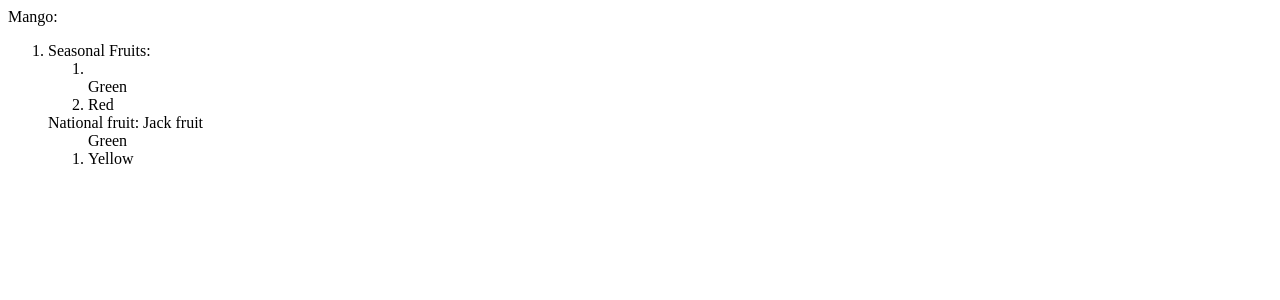
Repository: azemon444/jobpotal
Page: ict.html
The author's editor kept a copy of each file at every save. The page is drawn from the files as they stood at one save, then again after the next save.
The browser window is 1280 px wide. The pictures show the whole page.

Above is the page before, as saved 2026-01-13 01:05:10.

After the next save:
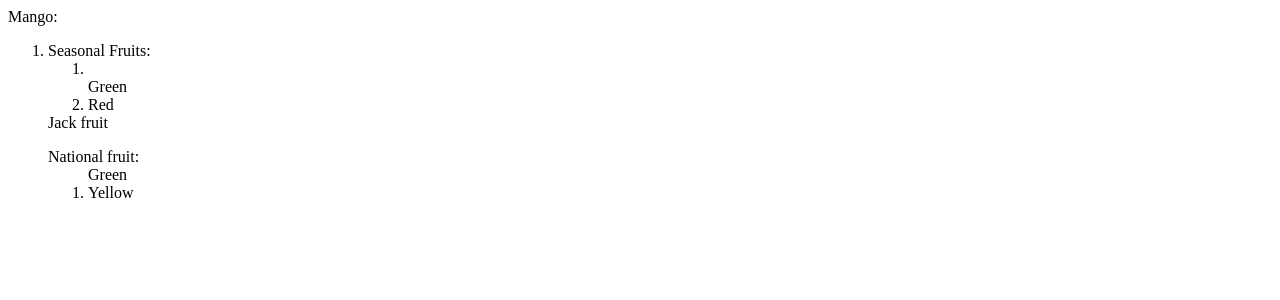
Saved 76 s later.
--- a/ict.html
+++ b/ict.html
@@ -13,8 +13,11 @@
             <li></li>Green</li>
             <li>Red</li>
         </ol>
+ Jack fruit
+ </ol>
+ <ol>
         </li>National fruit:</li>
-        Jack fruit
+
         <ol>
             </li>Green</li>
             <li>Yellow</li>
